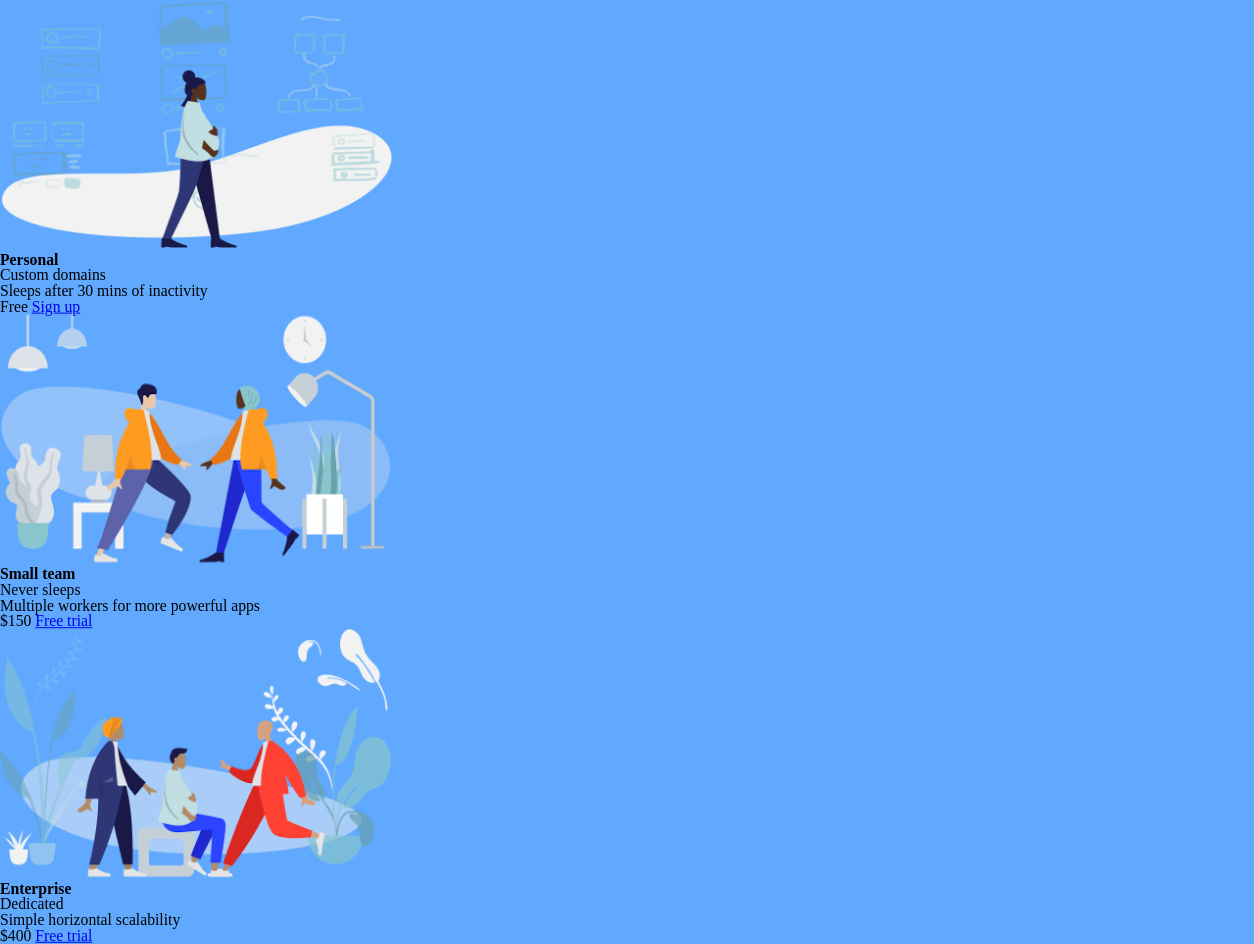
Repository: patrik-fredlund/pricing_panel_udemy
Page: PriceTableStarter/index.html
These files come from the project's save history. The page is drawn as it stood at one moment and after the next save; the edit follows.
The browser window is 1280 px wide. The pictures show the whole page, at 98% of full size.

Above is the page before, as saved 2021-06-27 13:07:37.

### PriceTableStarter/index.html
<!DOCTYPE html>
<html lang="en">

<head>
    <meta charset="UTF-8">
    <meta name="viewport" content="width=device-width, initial-scale=1.0">
    <title>Price Tiers</title>
    <link rel="stylesheet" href="https://fonts.googleapis.com/css?family=Open+Sans:400,600,700">
    <link rel="stylesheet" href="app.css">
</head>

<body>
    <div class="panel pricing-table">

        <div class="pricing-plan">
            <img src="icons/icon1.png" alt="" class="pricing-img">
            <h2 class="pricing-header">Personal</h2>
            <ul class="pricing-features">
                <li class="pricing-features-item">Custom domains</li>
                <li class="pricing-features-item">Sleeps after 30 mins of inactivity</li>
            </ul>
            <span class="pricing-price">Free</span>
            <a href="#/" class="pricing-button">Sign up</a>
        </div>

        <div class="pricing-plan">
            <img src="icons/icon2.png" alt="" class="pricing-img">
            <h2 class="pricing-header">Small team</h2>
            <ul class="pricing-features">
                <li class="pricing-features-item">Never sleeps</li>
                <li class="pricing-features-item">Multiple workers for more powerful apps</li>
            </ul>
            <span class="pricing-price">$150</span>
            <a href="#/" class="pricing-button is-featured">Free trial</a>
        </div>

        <div class="pricing-plan">
            <img src="icons/icon3.png" alt="" class="pricing-img">
            <h2 class="pricing-header">Enterprise</h2>
            <ul class="pricing-features">
                <li class="pricing-features-item">Dedicated</li>
                <li class="pricing-features-item">Simple horizontal scalability</li>
            </ul>
            <span class="pricing-price">$400</span>
            <a href="#/" class="pricing-button">Free trial</a>
        </div>

    </div>

</body>

</html>

### PriceTableStarter/app.css


html, body, div, span, object, iframe,
h1, h2, h3, h4, h5, h6, p, blockquote, pre,
abbr, address, cite, code,
del, dfn, em, img, ins, kbd, q, samp,
small, strong, sub, sup, var,
b, i,
dl, dt, dd, ol, ul, li,
fieldset, form, label, legend,
table, caption, tbody, tfoot, thead, tr, th, td,
article, aside, canvas, details, figcaption, figure,
footer, header, hgroup, menu, nav, section, summary,
time, mark, audio, video {
  margin: 0;
  padding: 0;
  border: 0;
  outline: 0;
  font-size: 100%;
  vertical-align: baseline;
  background: transparent;
}

body {
  line-height: 1;
}

article,aside,details,figcaption,figure,
footer,header,hgroup,menu,nav,section {
  display: block;
}

nav ul {
  list-style :none;
}

blockquote, q {
  quotes: none;
}

blockquote:before, blockquote:after,
q:before, q:after {
  content: '';
  content: none;
}

a {
  margin: 0;
  padding: 0;
  font-size: 100%;
  vertical-align: baseline;
  background: transparent;
}

table {
  border-collapse: collapse;
  border-spacing: 0;
}

input, select {
  vertical-align :middle;
}


body {
    background-color: #60a9ff;
}

After the next save:
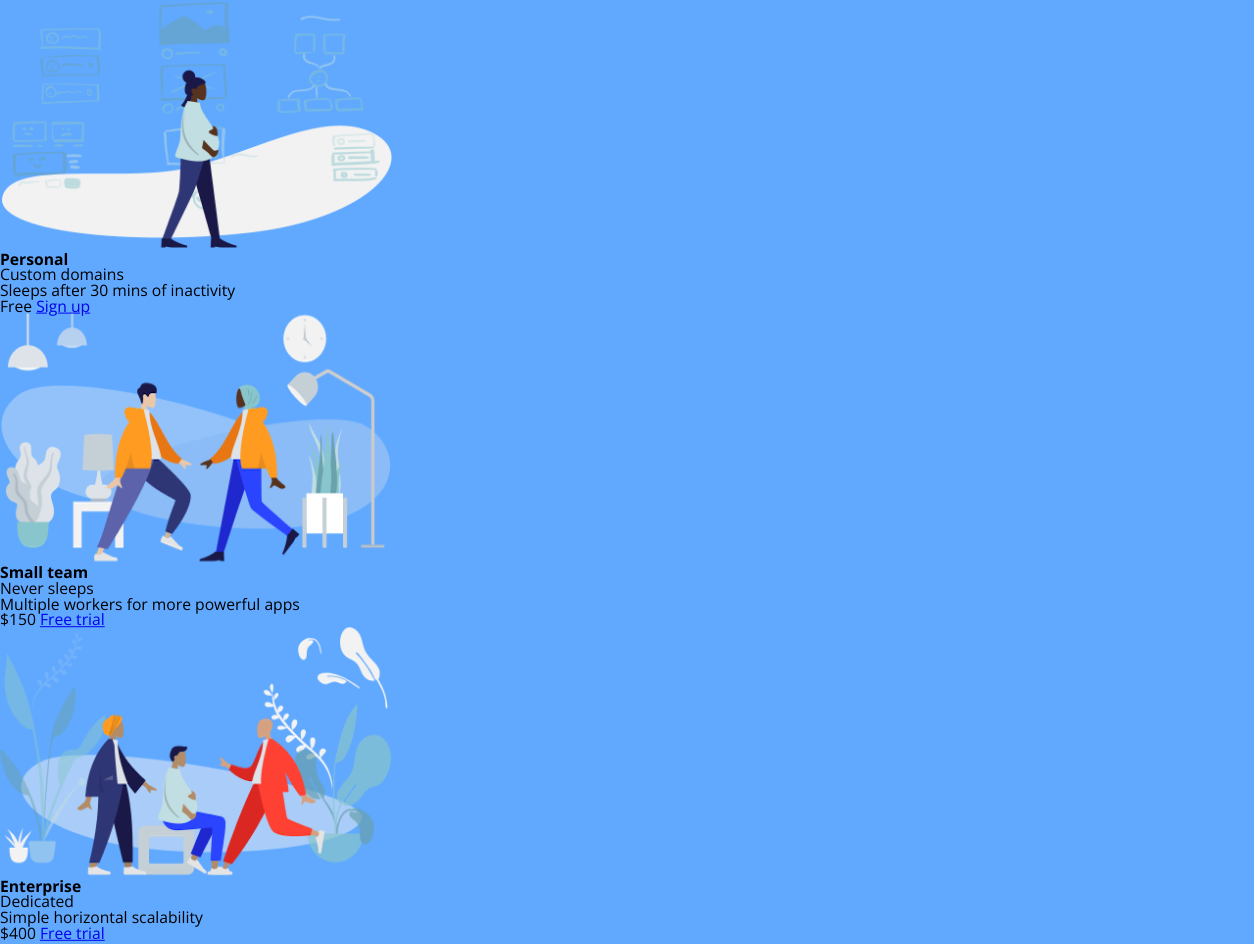
Saved 49 s later.
--- a/PriceTableStarter/app.css
+++ b/PriceTableStarter/app.css
@@ -61,6 +61,9 @@ input, select {
   vertical-align :middle;
 }
 
+html {
+    font-family: 'Open Sans', sans-serif;
+}
 
 body {
     background-color: #60a9ff;
